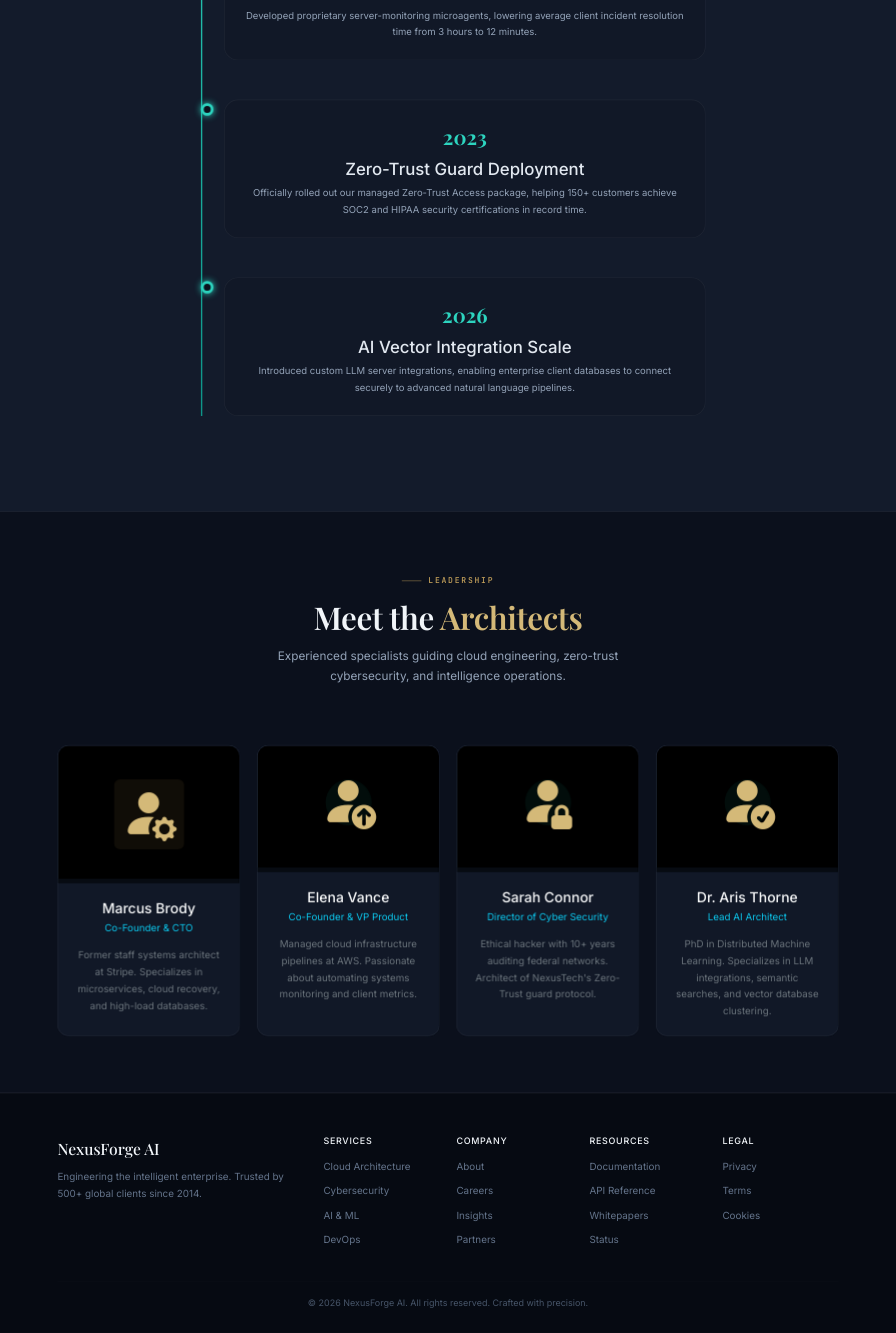
Repository: ruzni-dev/project-showcase
Page: pages/52-IT-Solutions-Website/pages/about.html
The author's editor kept a copy of each file at every save. The page is drawn from the files as they stood at one save, then again after the next save.
The browser window is 1280 px wide. The pictures show the part of the page from y = 1405 to 3325 px (the page is 3309 px tall before and 3325 px after), at 70% of full size.
Some web fonts or font styles are not loaded; a fallback is used.

Above is the page before, as saved 2026-05-24 23:13:52.

After the next save:
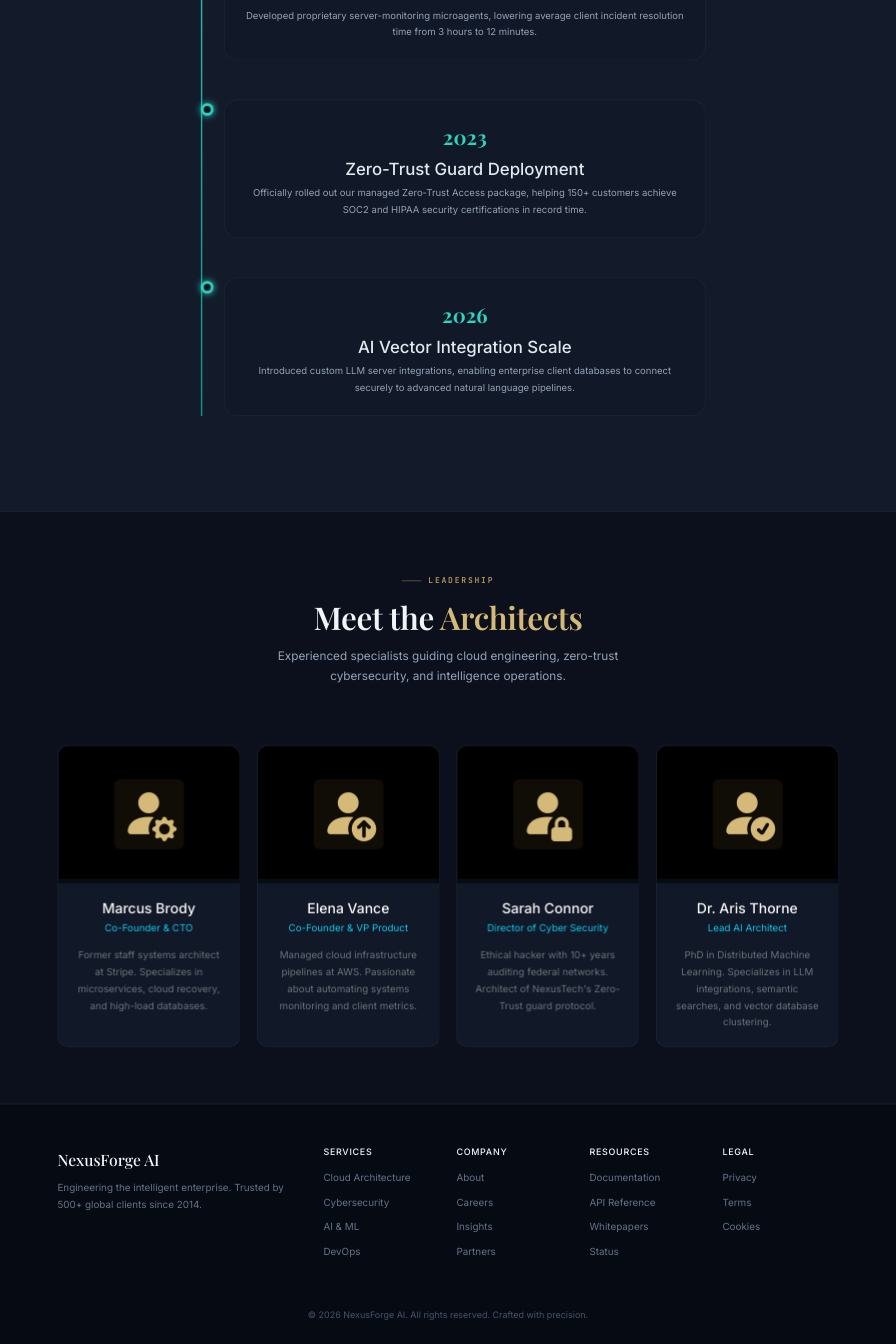
Saved 71 s later.
--- a/pages/52-IT-Solutions-Website/pages/about.html
+++ b/pages/52-IT-Solutions-Website/pages/about.html
@@ -188,7 +188,7 @@
                 <div class="col-xl-3 col-md-6" data-aos="zoom-in" data-aos-delay="0">
                     <div class="team-card h-100">
                         <div class="team-img-wrapper text-center bg-black bg-opacity-30 d-flex align-items-center justify-content-center py-5">
-                            <div class="ai-tool-icon">
+                            <div class="service-icon-wrap">
                                 <i class="bi bi-person-fill-up gold-text" style="font-size: 5rem;"></i>
                             </div>
                             <div class="team-socials">
@@ -208,7 +208,7 @@
                 <div class="col-xl-3 col-md-6">
                     <div class="team-card h-100">
                         <div class="team-img-wrapper text-center bg-black bg-opacity-30 d-flex align-items-center justify-content-center py-5">
-                            <div class="ai-tool-icon">
+                            <div class="service-icon-wrap">
                                 <i class="bi bi-person-fill-lock gold-text" style="font-size: 5rem;"></i>
                             </div>
                             <div class="team-socials">
@@ -226,22 +226,22 @@
 
                 <!-- Member 4 -->
                 <div class="col-xl-3 col-md-6">
-                <div class="team-card h-100">
-                    <div class="team-img-wrapper text-center bg-black bg-opacity-30 d-flex align-items-center justify-content-center py-5">
-                    <div class="ai-tool-icon">
-                        <i class="bi bi-person-fill-check gold-text" style="font-size: 5rem;"></i>
-                    </div>
-                    <div class="team-socials">
-                        <a href="#" class="team-social-link"><i class="bi bi-linkedin"></i></a>
-                        <a href="#" class="team-social-link"><i class="bi bi-github"></i></a>
-                    </div>
-                    </div>
-                    <div class="p-4 text-center">
-                    <h5 class="mb-1 text-light">Dr. Aris Thorne</h5>
-                    <p class="text-info small mb-3">Lead AI Architect</p>
-                    <p class="text-secondary small mb-0">PhD in Distributed Machine Learning. Specializes in LLM integrations, semantic searches, and vector database clustering.</p>
-                    </div>
-                </div>
+                    <div class="team-card h-100">
+                        <div class="team-img-wrapper text-center bg-black bg-opacity-30 d-flex align-items-center justify-content-center py-5">
+                            <div class="service-icon-wrap">
+                                <i class="bi bi-person-fill-check gold-text" style="font-size: 5rem;"></i>
+                            </div>
+                            <div class="team-socials">
+                                <a href="#" class="team-social-link"><i class="bi bi-linkedin"></i></a>
+                                <a href="#" class="team-social-link"><i class="bi bi-github"></i></a>
+                            </div>
+                        </div>
+                            <div class="p-4 text-center">
+                            <h5 class="mb-1 text-light">Dr. Aris Thorne</h5>
+                            <p class="text-info small mb-3">Lead AI Architect</p>
+                            <p class="text-secondary small mb-0">PhD in Distributed Machine Learning. Specializes in LLM integrations, semantic searches, and vector database clustering.</p>
+                        </div>
+                    </div>
                 </div>
 
             </div>
